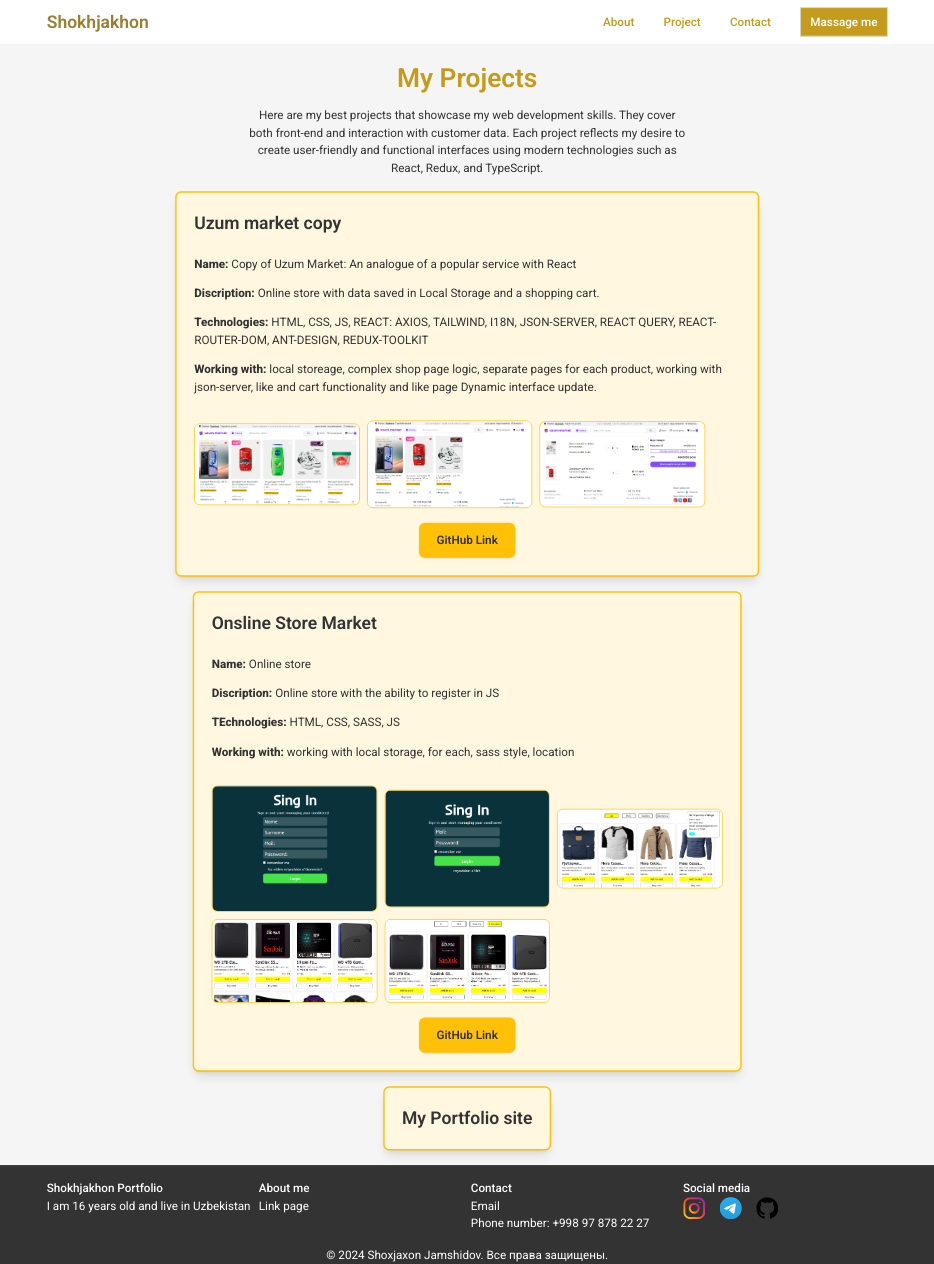
Repository: usershoh/My-Portfolio
Page: /project
The author's editor kept a copy of each file at every save. The page is drawn from the files as they stood at one save, then again after the next save.
The browser window is 1280 px wide. The pictures show the whole page, at 73% of full size.
The project was rebuilt for these pictures with package versions that can differ from the ones it lists, and the page was loaded fresh each time. Also part of the build but not shown: vite.config.js, src/pages/blog/index.jsx, src/components/contact/title/index.jsx, src/components/contact/details/index.jsx, src/components/contact/location/index.jsx, src/components/contact/cta/index.jsx, src/pages/contact/index.jsx, src/components/home/hero/index.jsx and 11 more.

Above is the page before, as saved 2024-12-09 13:41:35.

After the next save:
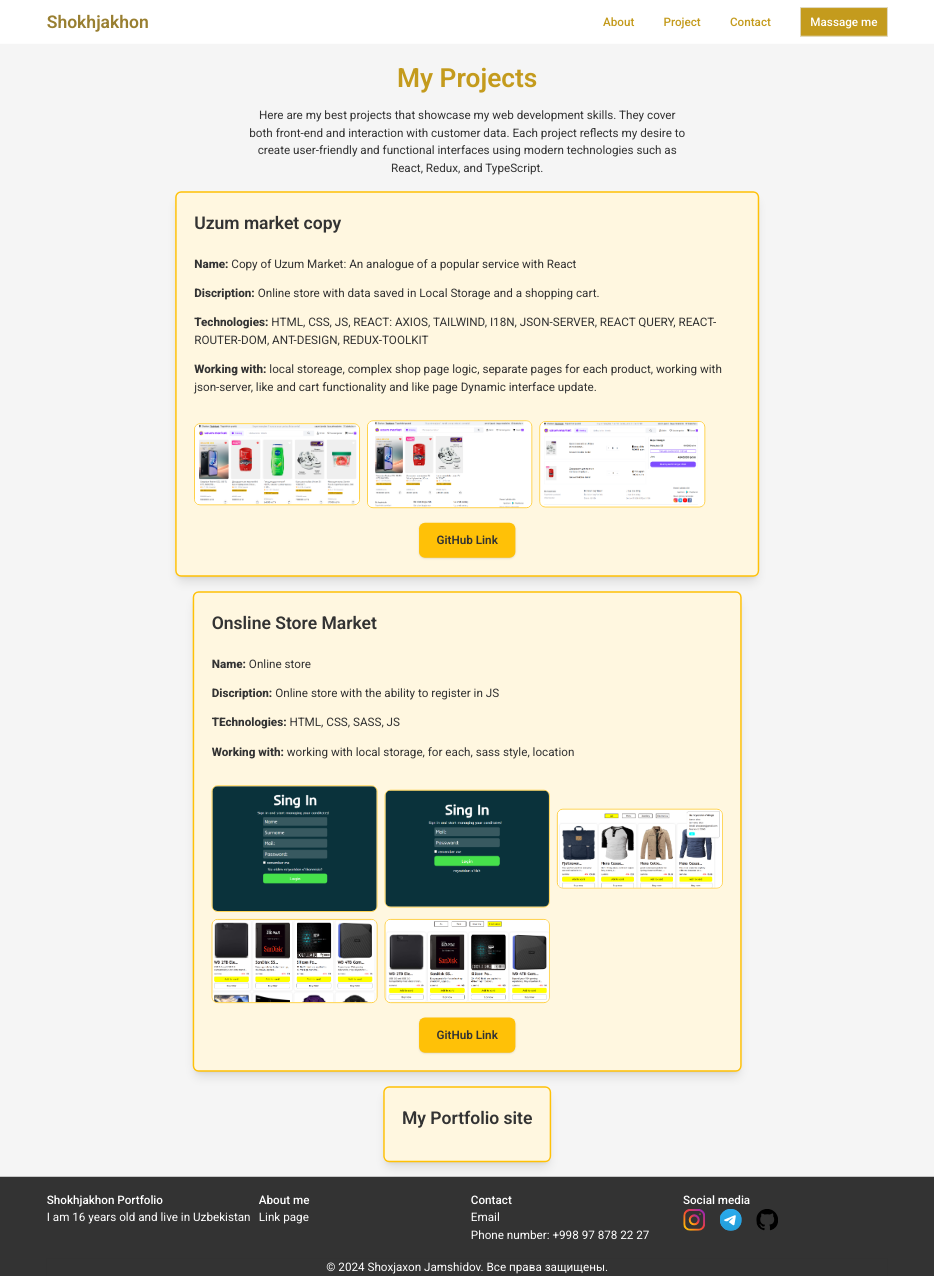
Saved 6 s later.
--- a/src/components/project/portfolio/index.jsx
+++ b/src/components/project/portfolio/index.jsx
@@ -3,7 +3,7 @@
 const PortfolioProject = () => {
   return (
     <div className="border-[2px] p-6 border-[#FFC107] bg-[#FFF7E0] shadow-lg max-w-[800px] mx-auto rounded-lg grid gap-[10px]">
-      <h1 className="text-[24px] text-dark font-semibold">My Portfolio site</h1>
+      <h1 className="text-[24px] text-dark font-semibold mb-4">My Portfolio site</h1>
     </div>
   );
 };
